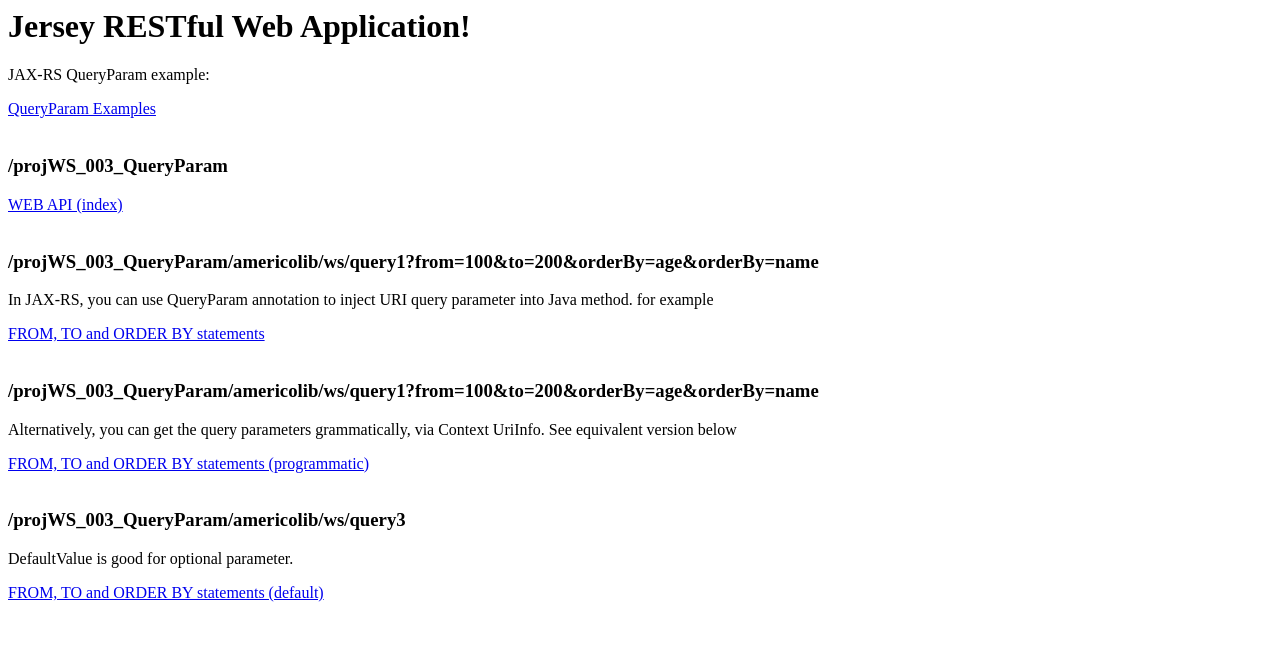
Repository: atafs/BackEnd_JAX-RS_REST_2continue
Page: http://localhost/projWS_003_QueryParam/
An editor plug-in stored every save of this project. The page is shown before and after the next save, followed by the edit.
The browser window is 1280 px wide. The pictures show the whole page.
The page is served by Tomcat 9.

Above is the page before, as saved 2016-05-02 10:13:54.

After the next save:
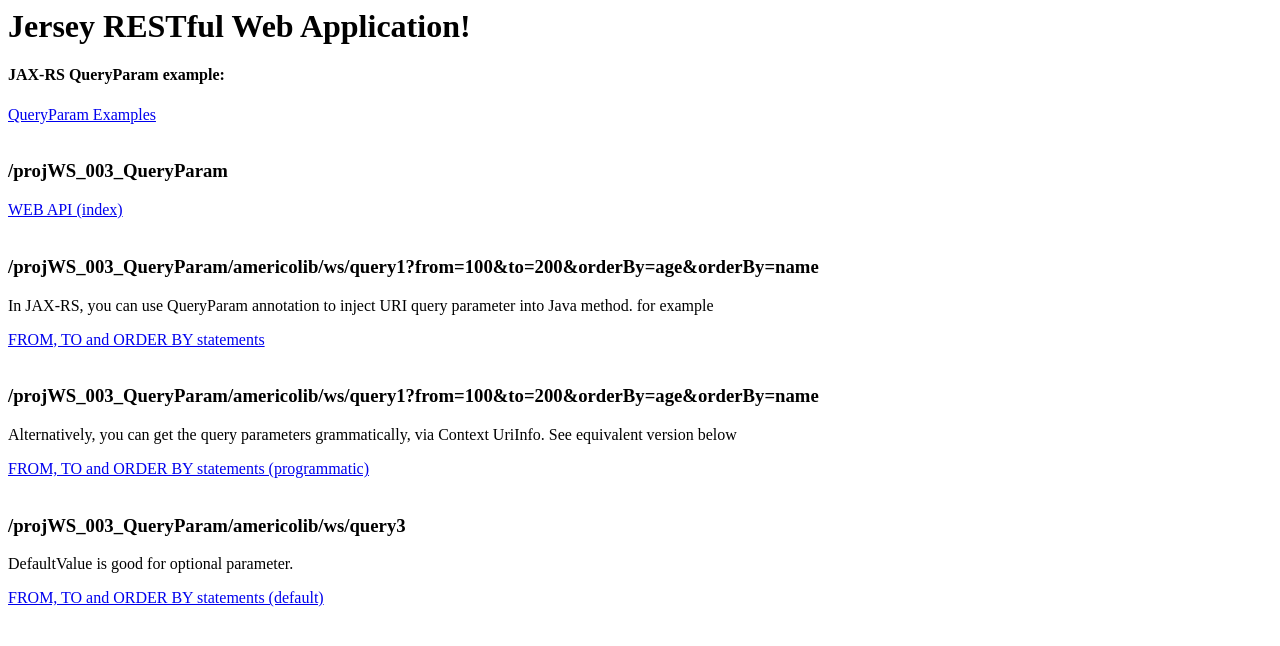
Saved 17 s later.
--- a/projWS_003_QueryParam/src/main/webapp/index.jsp
+++ b/projWS_003_QueryParam/src/main/webapp/index.jsp
@@ -5,7 +5,7 @@
 
 
 	<!-- TEXT -->
-	<p>JAX-RS QueryParam example: </p>
+	<h4>JAX-RS QueryParam example: </h4>
 	<a href="http://www.mkyong.com/webservices/jax-rs/jax-rs-queryparam-example/">QueryParam Examples</a><br/><br/>
 
 
